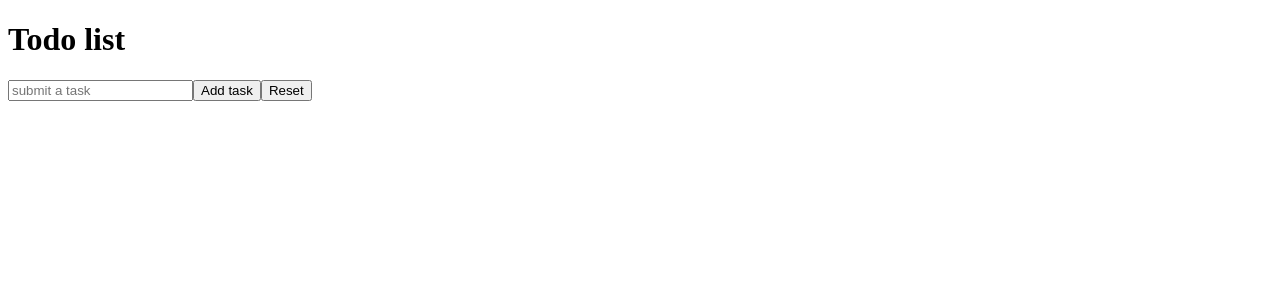
Repository: Ylan-sayada/todo-list
Page: /
An editor plug-in stored every save of this project. The page is shown before and after the next save, followed by the edit.
The browser window is 1280 px wide. The pictures show the whole page.
The project was rebuilt for these pictures with package versions that can differ from the ones it lists, and the page was loaded fresh each time.

Above is the page before, as saved 2021-05-28 15:41:49.

### src/index.js
import React from 'react';
import ReactDOM from 'react-dom';
import App from './App.jsx';
ReactDOM.render(
  <React.StrictMode>
    <App />
  </React.StrictMode>,
  document.getElementById('root')
);

### src/App.jsx
import React from 'react';
import TodoContainer from './components/TodoContainer';

function App() {
  return (
    <div className="App">
      <header className="App-header">
       <h1>Todo list</h1>
       <TodoContainer/>
      </header>
    </div>
  );
}

export default App;

### src/components/TodoContainer.jsx
import React,{useReducer} from 'react'
import TodoInput from './TodoInput';
import TodoContent from './TodoContent';

function reducer(state, action) {
    switch (action.type) {
      case 'add':
        return [...state,{
            id:state.length,
            taskName: action.payload,
            isAccomplished: false
        }];
      case 'delete':
          state = state.filter(task => action.payload !== task.id).map(el => el)
         return [...state];
      case 'reset':
          return [];
      default:
        throw new Error();
    }
  }

  let initReducer = [];

export default function TodoContainer() {
    let [tasks,dispatchTask] = useReducer(reducer,initReducer);
    let addItem = (task) =>{
         dispatchTask({type:'add',payload:task})
    }
    let deleteItem = (id) =>{
        dispatchTask({type:'delete',payload:id})
    }
    let reset= () =>{
        dispatchTask({type:'reset'});
    }

    console.log(tasks);
    return (
        <div>
       <TodoInput resetHandler={reset} addItemHandler={addItem}/>
       <TodoContent del={deleteItem} taskList={tasks}/>
        </div>
    )
}

### src/components/TodoInput.jsx
import React,{useRef,useState} from 'react'

export default function TodoInput(props) {
    let input  = useRef(null);
    let [isClickable,setIsClickable] = useState(false);
    let onClickHandler = () =>{
        props.addItemHandler(input.current.value);
    }
    let resetHandler = () =>{
        props.resetHandler();
    }
    return (
        <div>
            <input ref={input} type="text" placeholder="submit a task" />
            <button disabled={isClickable} onClick={onClickHandler}>Add task</button>
            <button onClick={resetHandler}>Reset</button>
        </div>
    )
}

### src/components/TodoContent.jsx
import React from 'react'

export default function TodoContent(props) {
    let deleteItem = (id) =>{
        props.del(id);
    }
    let taskList = props.taskList.map((task,id)=>{
        return (
        <div key={id} style={{display:"flex",justifyContent:"space-between"}}>
            <p style={{display:"flex",justifyContent:"space-between"}}>{task.taskName}<input type="checkbox"/><button onClick={()=>deleteItem(task.id)}>X</button></p>
        </div>
        )
    })
    return (
        <div>
        {taskList}
        </div>
    )
}

Loaded but not shown: public/index.html (common file)

After the next save:
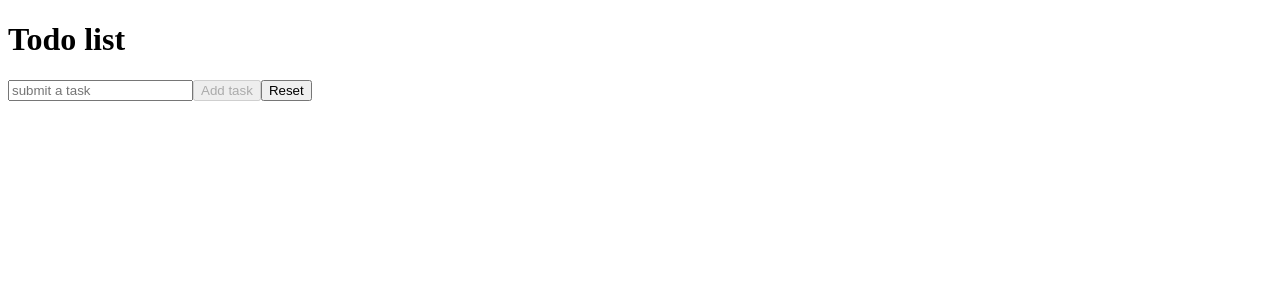
Saved 17 s later.
--- a/src/components/TodoInput.jsx
+++ b/src/components/TodoInput.jsx
@@ -2,7 +2,7 @@ import React,{useRef,useState} from 'react'
 
 export default function TodoInput(props) {
     let input  = useRef(null);
-    let [isClickable,setIsClickable] = useState(false);
+    let [isClickable,setIsClickable] = useState(true);
     let onClickHandler = () =>{
         props.addItemHandler(input.current.value);
     }
